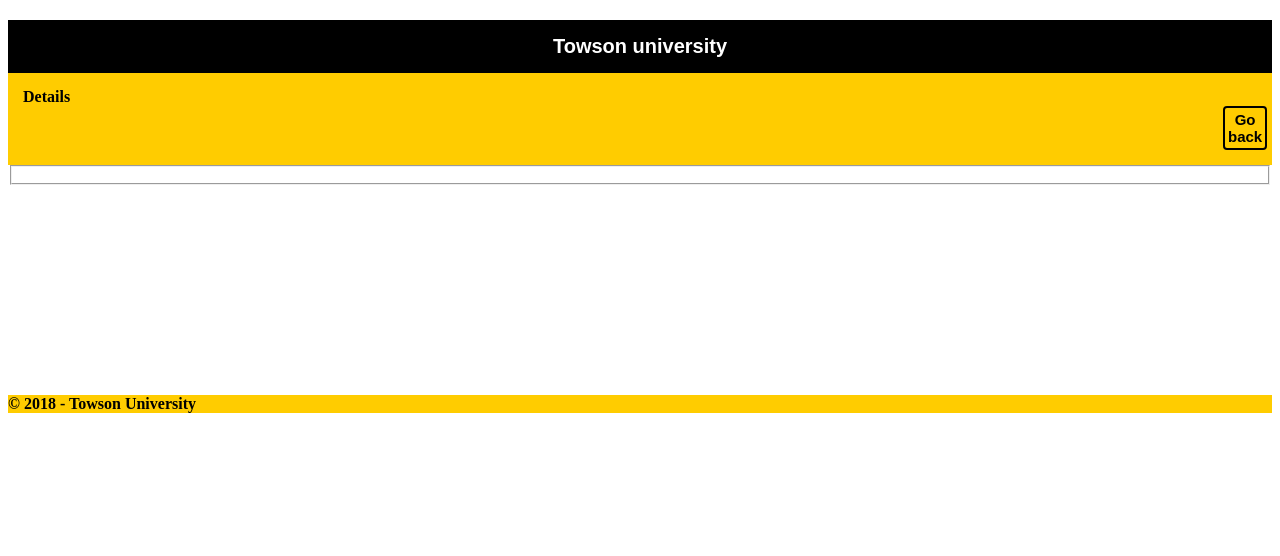
Repository: DatabaseCOSC578/eclipse-workspace11
Page: http://localhost/Supervisor/Supervisorshow.jsp
The author's editor kept a copy of each file at every save. The page is drawn from the files as they stood at one save, then again after the next save.
The browser window is 1280 px wide. The pictures show the whole page.
The page is served by Tomcat 9. Other server files are loaded and not shown. Queries for data that is not in the repository find no rows.

Above is the page before, as saved 2018-04-16 11:48:36.

### Supervisor/WebContent/Supervisorshow.jsp
<%@page import="java.sql.*"%>
<%@page import="java.lang.*"%>
<%@page import="java.util.*"%>
<html>
<head>
    <link href="css/layout1.css" rel="stylesheet">
</head>

<body>
<header><center>Towson university</center></header>
<form name="inputdetails" action="" method="post" id="form1">
<div ><b>Details</b>


<button id ="b1" type="submit" formaction="Supervisor.jsp">Go back</button>
</div>
<fieldset><center>

<!-- <b>CustId:</b> <input type=text style="width: 200px;" name="custid " placeholder="customer ID"><br><br> -->
<!-- <b>CustName:</b><input type=text style="width: 300px; align:center;" name="custname" placeholder="customer name "><br><br> -->
<!-- <b>Items:<b/><br/> -->
<!-- <textarea rows="5" cols="60"  maxlength="260" name="items" placeholder="Please enter Items List"> -->
<!-- </textarea> <br><br> -->
<!-- <input type=checkbox name="return" value=1>return<br><br> -->
<!-- Supplied date<input type=text name="sdate" placeholder="Supply Date" ><br><br> -->
<!-- Returned date<input type=text name="rdate" placeholder="Return Date" ><br><br> -->
<!-- <input type=submit value=submit> <br><br><br><br><br> -->

</center></fieldset>
</form>
<%
Connection con=null;
try {


//	 Connection con1=db.getconnection();


	 try{
		 Class.forName("com.mysql.jdbc.Driver");
		con = DriverManager.getConnection("jdbc:mysql://127.0.0.1:3306/supervision","root","root");
		System.out.println("Connection Object"+con+"HERERERERERERERERER");

}
catch(Exception e){
e.printStackTrace();
}


	 PreparedStatement ps=con.prepareStatement("select * from supervision.items");
	 ResultSet rs=ps.executeQuery();
	 System.out.println(rs.getRow()+"HERERERERRRR");
	 rs.beforeFirst();
	 //System.out.println(rs.isBeforeFirst());
	 System.out.println(rs.getRow()+"HERERABCDRR");

	 int i=1;
	 while(rs.next()&&i<8){

		 System.out.println(rs.getString(i)+"      "+rs.getString(2)+"                  "+rs.getString(3)+"                  "+rs.getString(4)+"                  "+rs.getString(5)+"      "+rs.getString(6)+"      "+rs.getString(7));

	 }
	 }
	 catch(Exception e) {
		 e.printStackTrace();
	 }
%>



</body>
<footer> &copy 2018 - Towson University</footer>
</html>

### Supervisor/WebContent/css/layout1.css
header {
	position: relative;
	color: #FFFFFF;
	font-family: sans-serif;
	font-size: 20px;
	text-align:left;
	background-color: #000000;
	margin: 20;
	margin-left:0;
	margin-bottom:0;
	margin-right:0;

	padding: 15;
	font-weight:700;
}

div {
	background-color: #fc0;
	margin: 0;
	margin-top:0;
	padding: 15;
}

#fs {
	margin-top: 5;
	border: solid;
}

footer {
	font-weight: 800;
	text-color: solid #000000;
	background-color: #fc0;
	margin-top: 210;
}
textarea{
	resize:none;
	border-radius:5%;
}
input[type="submit"] {
	align:center;
	margin: 20px;
	background-color: #fc0;
	padding: 3;
	text-align:center;
	text-weight: 700;
	border: solid 2px;
	font-size: 15;
	border-radius: 9%;
}
input[type="submit"]:hover {
	cursor:pointer;
}

#abc{
align:center;
margin-left:800;
}

#b1 {
		align:center;
	margin-left: 1200;
	background-color: #fc0;
	padding: 3;
	text-align:center;
	text-weight: 700;
	border: solid 2px;
	font-size: 15;
	font-weight:700;
	border-radius: 9%;
	position:relative;
}

#b1:hover {
	cursor:pointer;
}

#hash {
	background-color: #fc0;
}

After the next save:
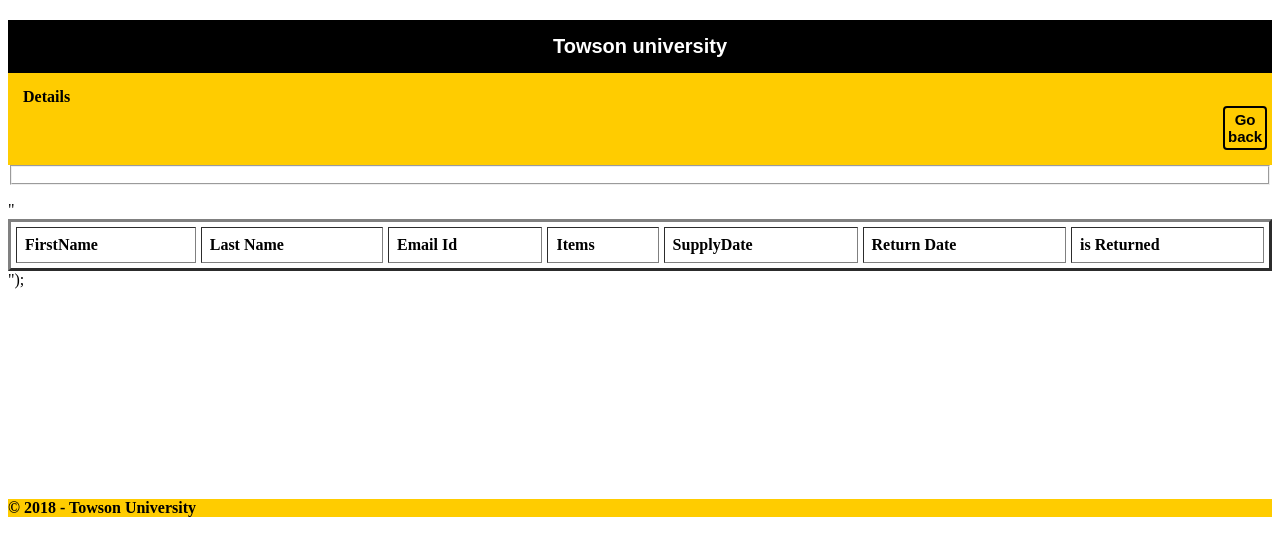
Saved 114 s later.
--- a/Supervisor/WebContent/Supervisorshow.jsp
+++ b/Supervisor/WebContent/Supervisorshow.jsp
@@ -66,7 +66,17 @@
 	 }
 %>
 
-
+"<TABLE  BORDER="3" colspan="2"  WIDTH="100%"   CELLPADDING="8" CELLSPACING="5">
+		   <TR>
+		   <TD><b>FirstName</b></TD>
+		    <TD><b>Last Name</b></TD>
+		    <TD><b>Email Id</b></TD>
+		   <TD><b>Items</b></TD>
+		    <TD><b>SupplyDate</b></TD>
+		   <TD><b>Return Date</b></TD>
+		   <TD><b>is Returned</b> </TD>
+		   </TR>
+		   </TABLE>");
 
 </body>
 <footer> &copy 2018 - Towson University</footer>
